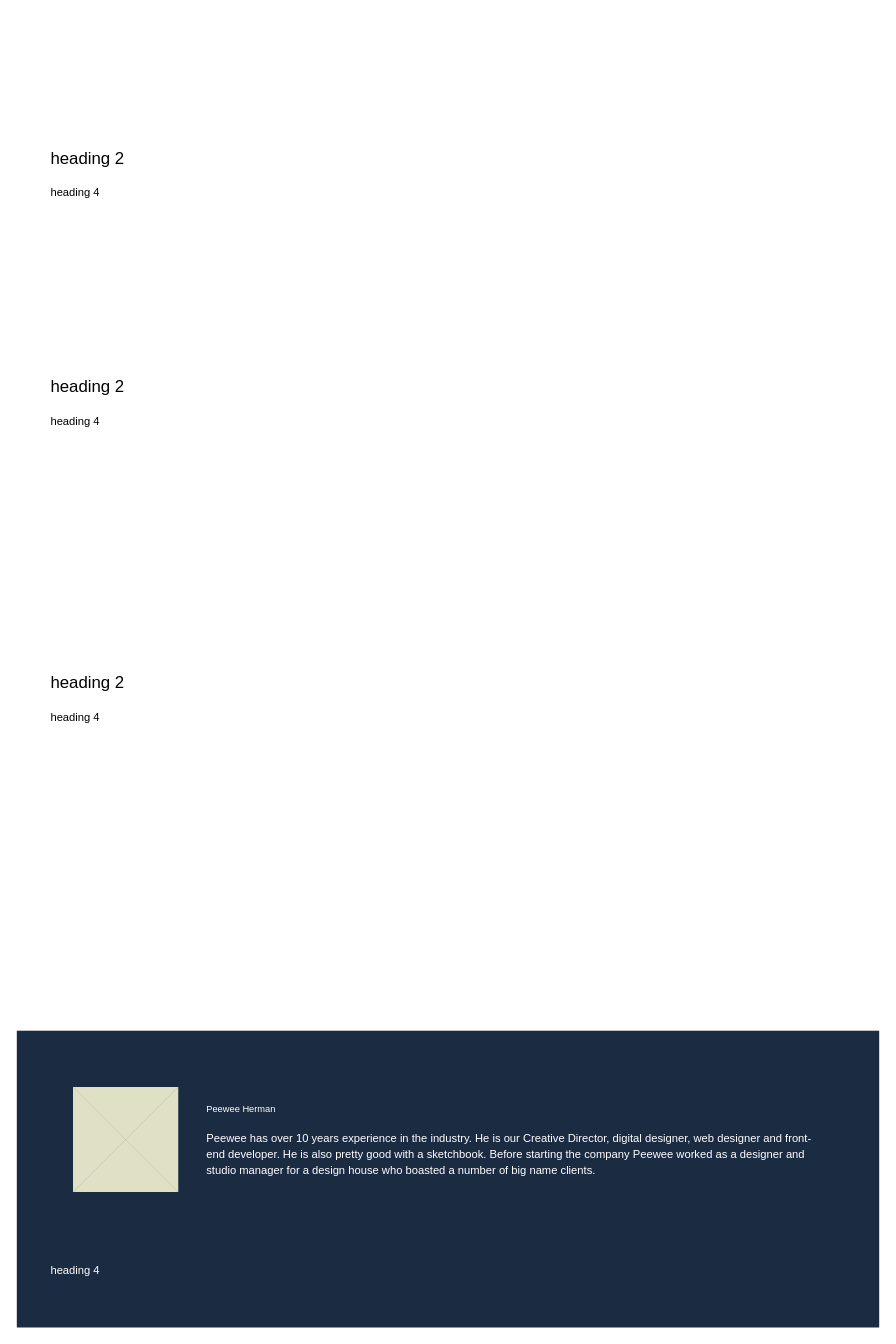
Repository: MonicaNguyenH/LAB-02A-Project1
Page: index.html
These files come from the project's save history. The page is drawn as it stood at one moment and after the next save; the edit follows.
The browser window is 1280 px wide. The pictures show the part of the page from y = 809 to 2729 px (the page is 2729 px tall before and 2724 px after), at 70% of full size.

Above is the page before, as saved 2024-02-06 18:57:59.

After the next save:
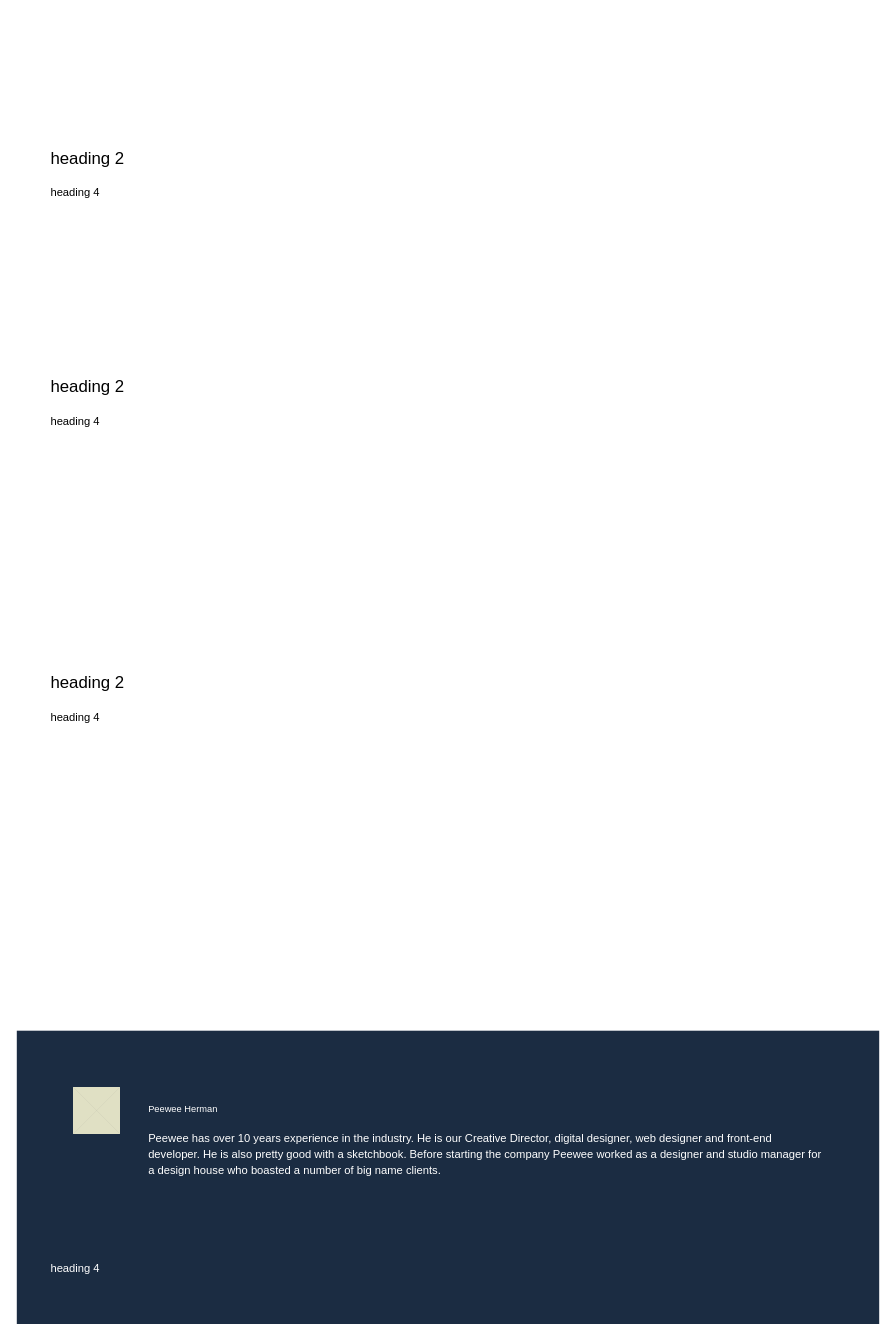
Saved 10 s later.
--- a/css/style.css
+++ b/css/style.css
@@ -132,7 +132,7 @@
     }
 
     .l-col-2-1 {
-        grid-template-columns: 0.2fr 1fr;
+        grid-template-columns: 0.1fr 1fr;
     }
 }
 /* Large only */
